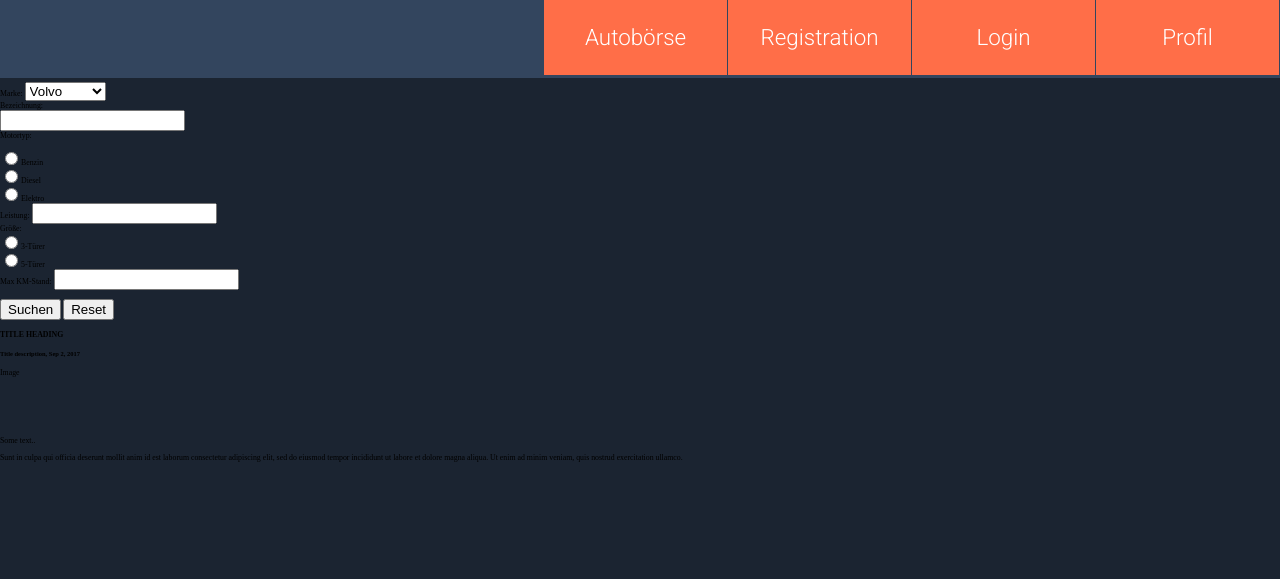
Repository: Turkelten/CarAdminstration
Page: Autobörse/WebContent/index.html
An editor plug-in stored every save of this project. The page is shown before and after the next save, followed by the edit.
The browser window is 1280 px wide. The pictures show the whole page.

Above is the page before, as saved 2020-07-18 18:02:09.

After the next save:
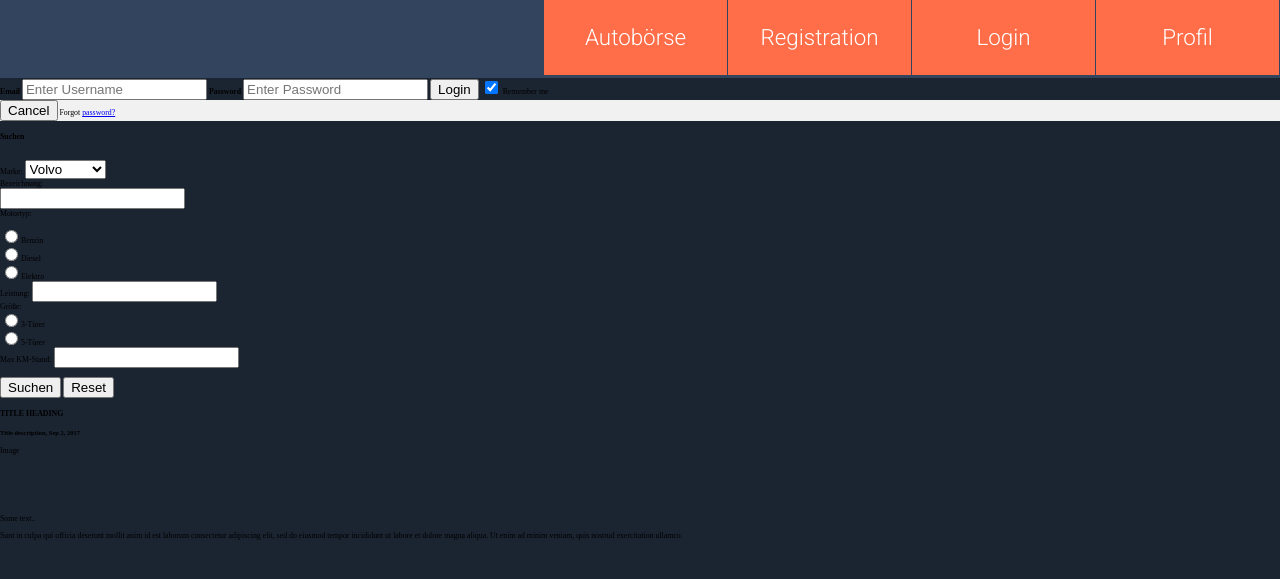
Saved 8 s later.
--- a/Autobörse/WebContent/index.html
+++ b/Autobörse/WebContent/index.html
@@ -40,71 +40,71 @@
 		</nav>
 	</header>
 
-	<div class="page"></div>
-	<div id="id01" class="login">
-  		<form class="modal-content animate" action="LoginServlet" method="post">
-    		<div class="container">
-		      	<label for="email"><b>Email</b></label>
-		      	<input type="text" placeholder="Enter Username" name="email" required>
+	<div class="page">
+		<div id="id01" class="login">
+	  		<form class="modal-content animate" action="LoginServlet" method="post">
+	    		<div class="container">
+			      	<label for="email"><b>Email</b></label>
+			      	<input type="text" placeholder="Enter Username" name="email" required>
 
-		      	<label for="psw"><b>Password</b></label>
-		      	<input type="password" placeholder="Enter Password" name="password" required>
+			      	<label for="psw"><b>Password</b></label>
+			      	<input type="password" placeholder="Enter Password" name="password" required>
 
-		      	<button type="submit" class="loginbtn">Login</button>
-		      	<label>
-        			<input type="checkbox" checked="checked" name="remember"> Remember me
-      			</label>
-   	 		</div>
+			      	<button type="submit" class="loginbtn">Login</button>
+			      	<label>
+	        			<input type="checkbox" checked="checked" name="remember"> Remember me
+	      			</label>
+	   	 		</div>
 
-    		<div class="container" style="background-color:#f1f1f1">
-      			<button type="button" onclick="document.getElementById('id01').style.display='none'" class="cancelbtn">Cancel</button>
-      			<span class="psw">Forgot <a href="#">password?</a></span>
-    		</div>
-  		</form>
-	</div>
+	    		<div class="container" style="background-color:#f1f1f1">
+	      			<button type="button" onclick="document.getElementById('id01').style.display='none'" class="cancelbtn">Cancel</button>
+	      			<span class="psw">Forgot <a href="#">password?</a></span>
+	    		</div>
+	  		</form>
+		</div>
 
 
-	<div class="row">
-		<div class="suchleiste">
-	      	<h4>Suchen</h4>
-	      	<div id="id02">
-		      	<form action="FilterServlet" method="get"><br/>
-					<label for="cars">Marke:</label>
-					<select name="cars" id="cars">
-					  <option value="volvo">Volvo</option>
-					  <option value="bmw">BMW</option>
-					  <option value="mercedes">Mercedes</option>
-					  <option value="audi">Audi</option>
-					</select><br/>
-					<label>Bezeichnung:</label> <br/>
-					<input type="text" name="bez"> <br/>
-					<label>Motortyp:</label><br/><br/>
-					<input type="radio" name="motor" value="benzin">Benzin<br/>
-					<input type="radio" name="motor" value="diesel">Diesel<br/>
-					<input type="radio" name="motor" value="elektro">Elektro<br/>
-					<label>Leistung:</label>
-					<input type="text" name="leistung"> <br/>
-					<label>Größe:</label><br/>
-					<input type="radio" name="groeße" value="fünf">3-Türer<br/>
-					<input type="radio" name="groeße" value="drei">5-Türer<br/>
-				    <label>Max KM-Stand:</label>
-					<input type="text" name="kmStand"> <br/>
-					<br/><button type="submit">Suchen</button> <button type="reset">Reset</button>
-				</form>
+		<div class="row">
+			<div class="suchleiste">
+		      	<h4>Suchen</h4>
+		      	<div id="id02">
+			      	<form action="FilterServlet" method="get"><br/>
+						<label for="cars">Marke:</label>
+						<select name="cars" id="cars">
+						  <option value="volvo">Volvo</option>
+						  <option value="bmw">BMW</option>
+						  <option value="mercedes">Mercedes</option>
+						  <option value="audi">Audi</option>
+						</select><br/>
+						<label>Bezeichnung:</label> <br/>
+						<input type="text" name="bez"> <br/>
+						<label>Motortyp:</label><br/><br/>
+						<input type="radio" name="motor" value="benzin">Benzin<br/>
+						<input type="radio" name="motor" value="diesel">Diesel<br/>
+						<input type="radio" name="motor" value="elektro">Elektro<br/>
+						<label>Leistung:</label>
+						<input type="text" name="leistung"> <br/>
+						<label>Größe:</label><br/>
+						<input type="radio" name="groeße" value="fünf">3-Türer<br/>
+						<input type="radio" name="groeße" value="drei">5-Türer<br/>
+					    <label>Max KM-Stand:</label>
+						<input type="text" name="kmStand"> <br/>
+						<br/><button type="submit">Suchen</button> <button type="reset">Reset</button>
+					</form>
+				</div>
+			</div>
+			<div class="anzeige">
+			    <div class="card">
+			      <h4>TITLE HEADING</h4>
+			      <h5>Title description, Sep 2, 2017</h5>
+			      <div class="fakeimg" style="height:60px; width: 60px">Image</div>
+			      <p>Some text..</p>
+			      <p>Sunt in culpa qui officia deserunt mollit anim id est laborum consectetur adipiscing elit, sed do eiusmod tempor incididunt ut labore et dolore magna aliqua. Ut enim ad minim veniam, quis nostrud exercitation ullamco.</p>
+			    </div>
 			</div>
 		</div>
-		<div class="anzeige">
-		    <div class="card">
-		      <h4>TITLE HEADING</h4>
-		      <h5>Title description, Sep 2, 2017</h5>
-		      <div class="fakeimg" style="height:60px; width: 60px">Image</div>
-		      <p>Some text..</p>
-		      <p>Sunt in culpa qui officia deserunt mollit anim id est laborum consectetur adipiscing elit, sed do eiusmod tempor incididunt ut labore et dolore magna aliqua. Ut enim ad minim veniam, quis nostrud exercitation ullamco.</p>
-		    </div>
-		</div>
+
 	</div>
-
-
 
 	<script>
 	// Get the modal
